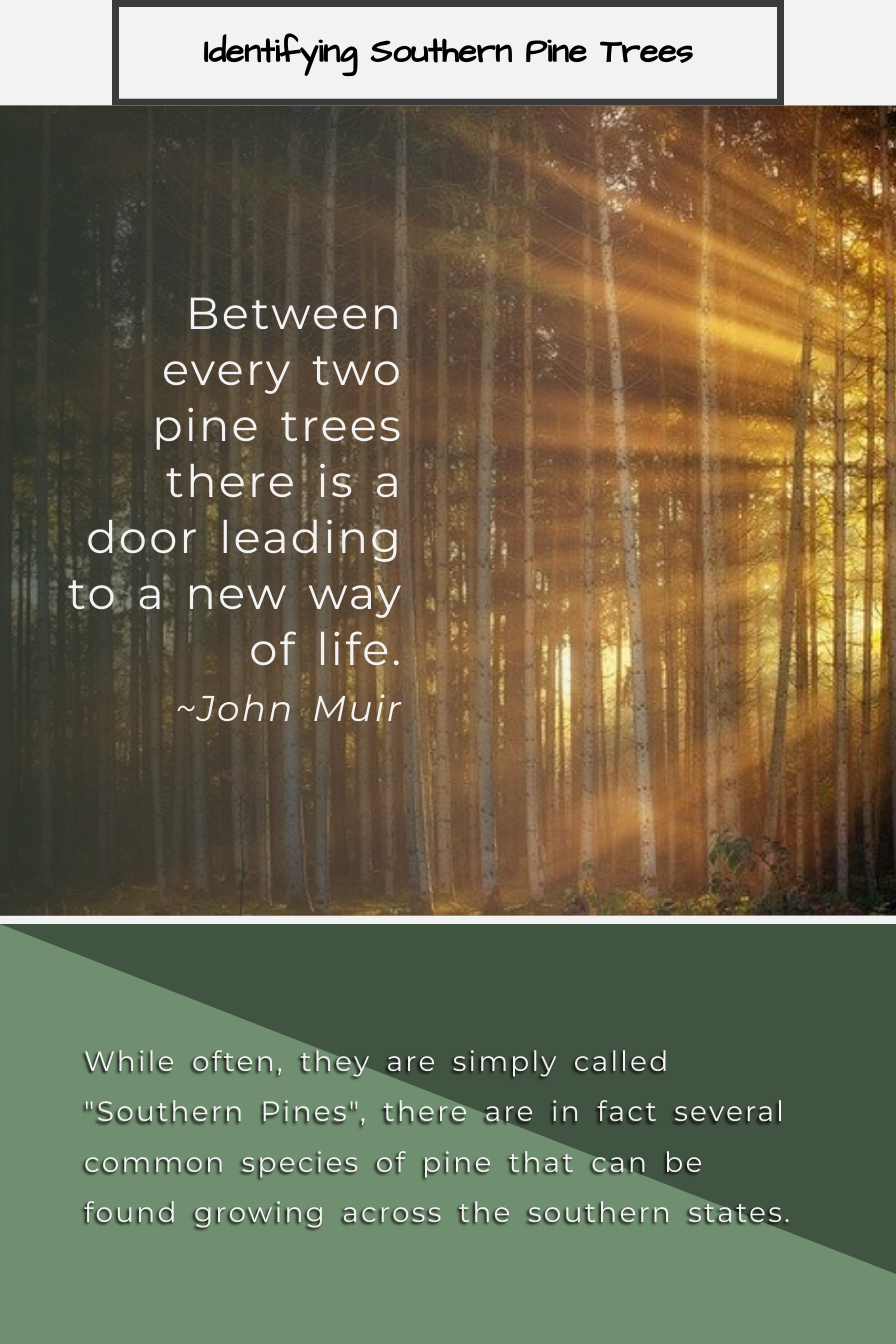
Repository: Sbethm/louisianaPineTrees
Page: pine_main.html
The author's editor kept a copy of each file at every save. The page is drawn from the files as they stood at one save, then again after a run of saves.
The browser window is 1280 px wide. The pictures show the part of the page from y = 0 to 1920 px (the page is 2983 px tall), at 70% of full size.
The style sheet was rebuilt from its Sass, Less or Tailwind sources for each picture, by a compiler version that may differ from the author's.

Above is the page before, as saved 2021-09-24 10:59:42.

After the next 2 saves:
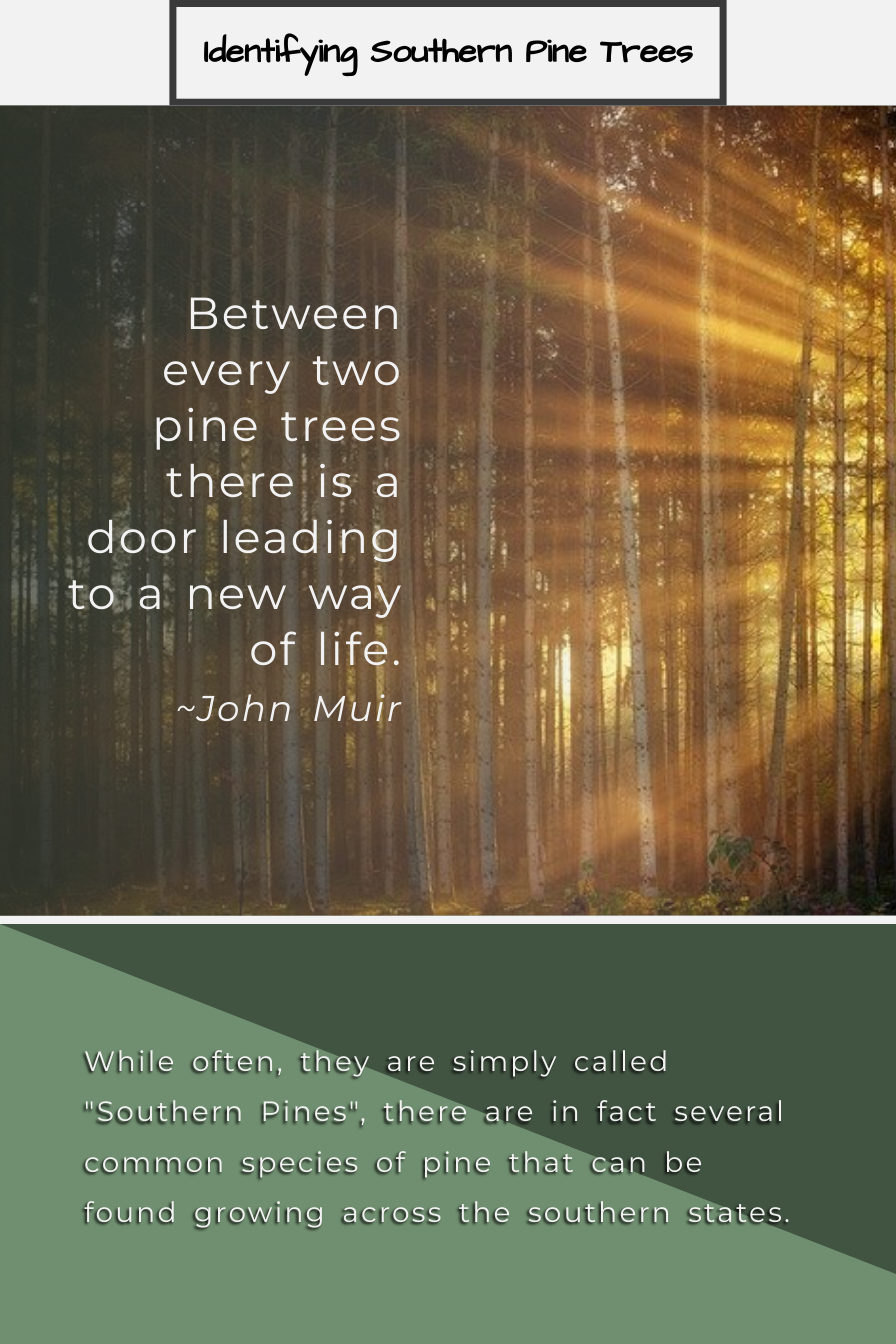
The 2 saves are shown as one change because they came seconds apart.
The last was saved 31 s later.
--- a/src/scss/main.scss
+++ b/src/scss/main.scss
@@ -19,7 +19,7 @@ h1{
     position: relative;
     margin: 0 auto;
     padding: 1em;
-    width: 75%;
+    width: fit-content;
     font-family: $headerFont;
     font-size: 3rem;
     text-align: center;
